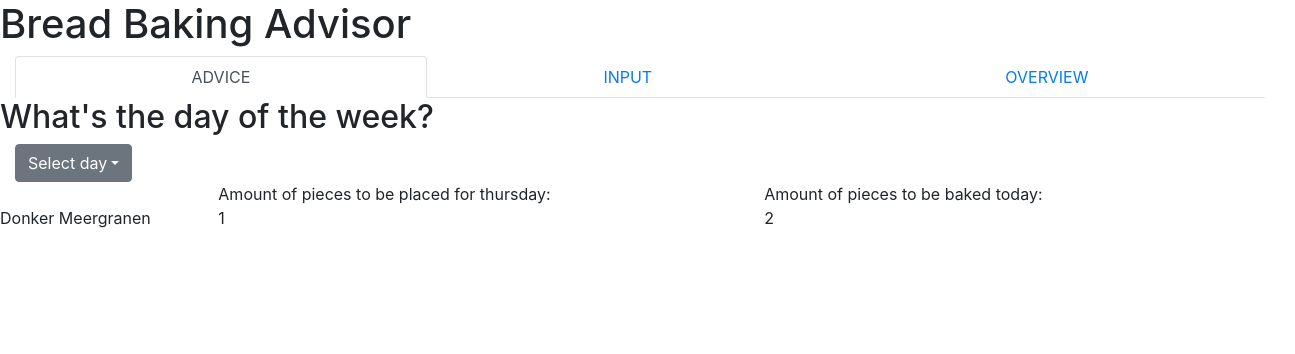
Repository: MarthGimenzo/bread-baking-advisor
Page: index.html
The author's editor kept a record of every edit. The page is drawn from the files as they stood at one moment, then again after the next edit.
The browser window is 1280 px wide. The page is 1295 px wide, then 1280 px, so the pictures cover 1295 px, including what lies to the right of the window. The pictures show the whole page.

Above is the page before.

After the next edit:
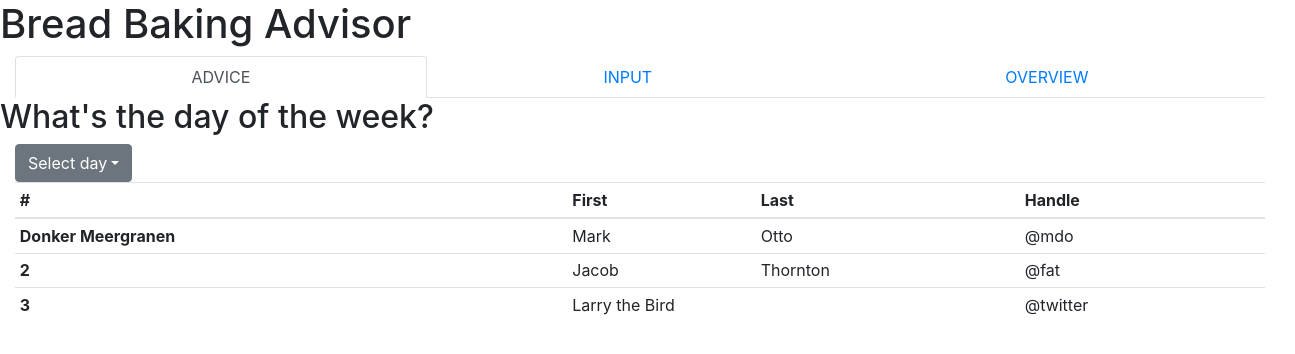
The edit:
--- a/index.html
+++ b/index.html
@@ -42,27 +42,36 @@
             </div>
         </div>
     </div>
-    <div class="row">
-        <div class="col-2">
-
-        </div>
-        <div class="col-5">
-            Amount of pieces to be placed for thursday:
-        </div>
-        <div class="col-5">
-            Amount of pieces to be baked today:
-        </div>
-    </div>
-    <div class="row">
-        <div class="col-2">
-            Donker Meergranen
-        </div>
-        <div class="col-5">
-            1
-        </div>
-        <div class="col-5">
-            2
-        </div>
+    <div class="container-fluid">
+        <table class="table table-sm">
+  <thead>
+    <tr>
+      <th scope="col">#</th>
+      <th scope="col">First</th>
+      <th scope="col">Last</th>
+      <th scope="col">Handle</th>
+    </tr>
+  </thead>
+  <tbody>
+    <tr>
+      <th scope="row">Donker Meergranen</th>
+      <td>Mark</td>
+      <td>Otto</td>
+      <td>@mdo</td>
+    </tr>
+    <tr>
+      <th scope="row">2</th>
+      <td>Jacob</td>
+      <td>Thornton</td>
+      <td>@fat</td>
+    </tr>
+    <tr>
+      <th scope="row">3</th>
+      <td colspan="2">Larry the Bird</td>
+      <td>@twitter</td>
+    </tr>
+  </tbody>
+</table>
     </div>
 
 
